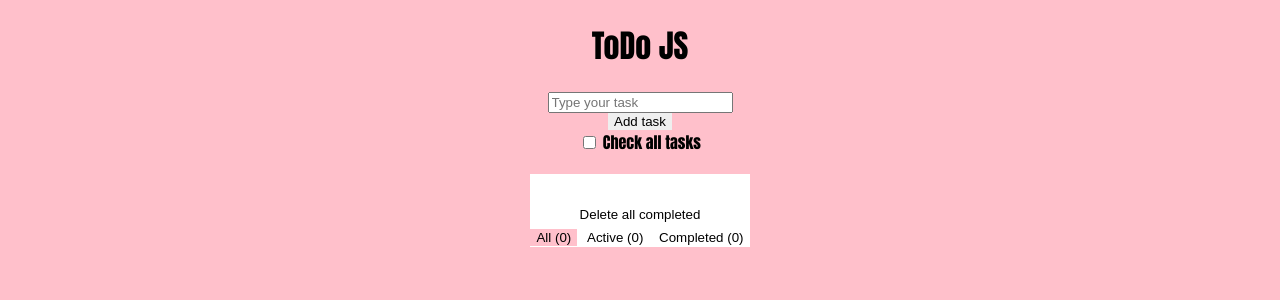
Repository: mklyagin/klyagin_todojs
Page: index.html
An editor plug-in stored every save of this project. The page is shown before and after the next save, followed by the edit.
The browser window is 1280 px wide. The pictures show the whole page.

Above is the page before, as saved 2024-02-27 17:40:43.

After the next save:
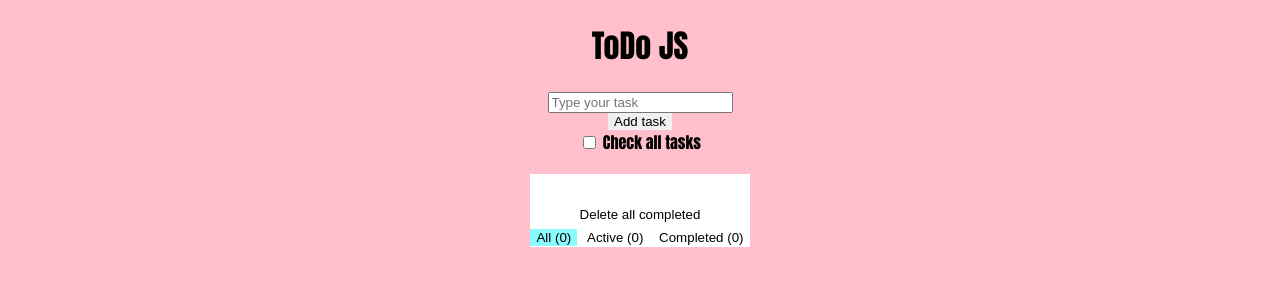
Saved 32 s later.
--- a/style.css
+++ b/style.css
@@ -48,7 +48,7 @@ li {
 }
 
 .active {
-  background-color: pink;
+  background-color: #8afbff;
 }
 
 .page-number {
